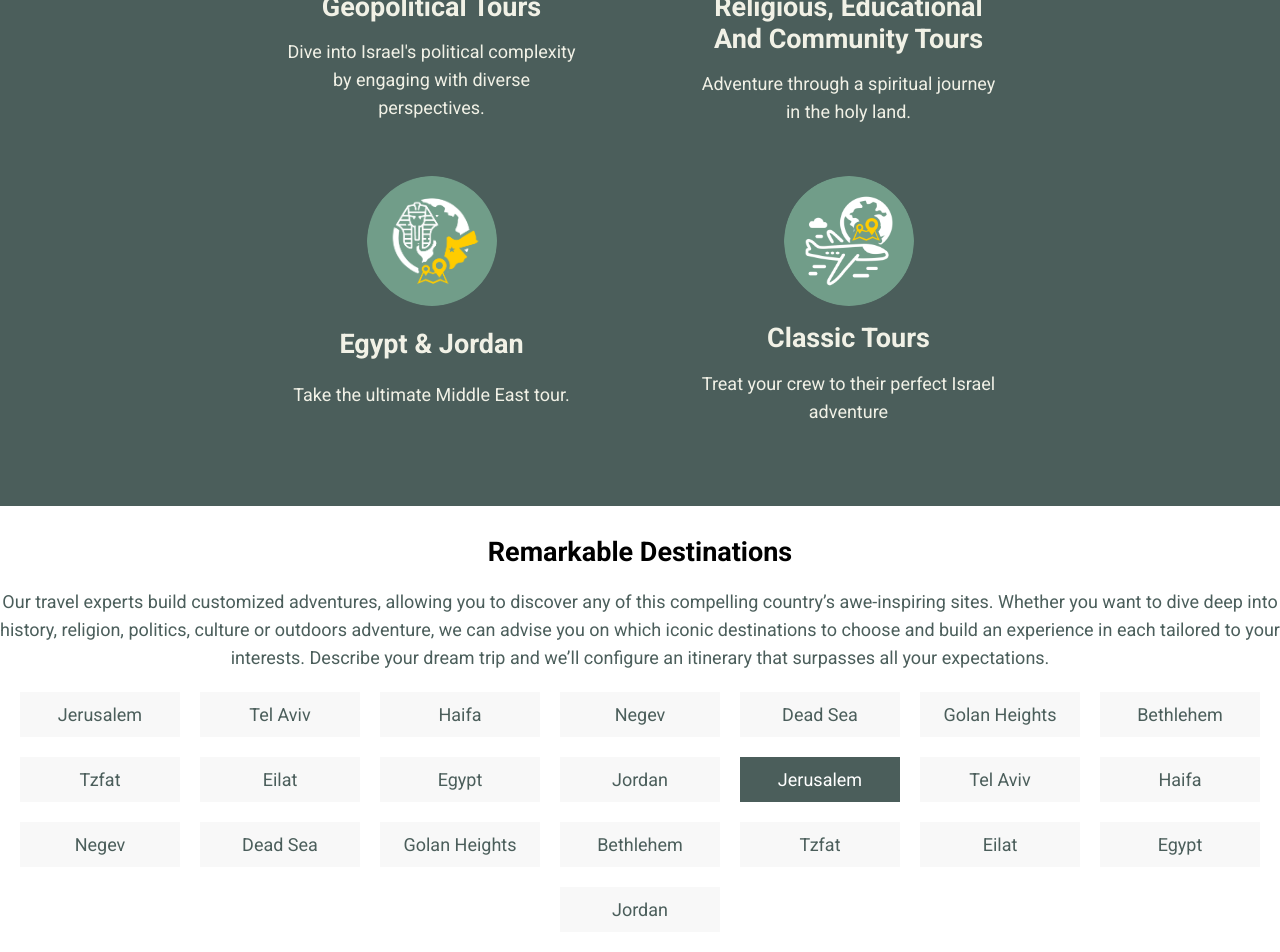
Repository: Pafestivo/realIsraelTours
Page: / (app in frontend/)
An editor plug-in stored every save of this project. The page is shown before and after the next save, followed by the edit.
The browser window is 1280 px wide. The pictures show the part of the page from y = 1388 to 2340 px (the page is 2340 px tall).
The project was rebuilt for these pictures with package versions that can differ from the ones it lists, and the page was loaded fresh each time. The framework's server and built-in components were replaced by stand-ins that run in the browser. Also part of the build but not shown: frontend/next.config.js. Imported but missing from the stored project, and not drawn on this page: frontend/src/assets/videoBG.mp4.

Above is the page before, as saved 2023-09-20 16:59:16.

After the next save:
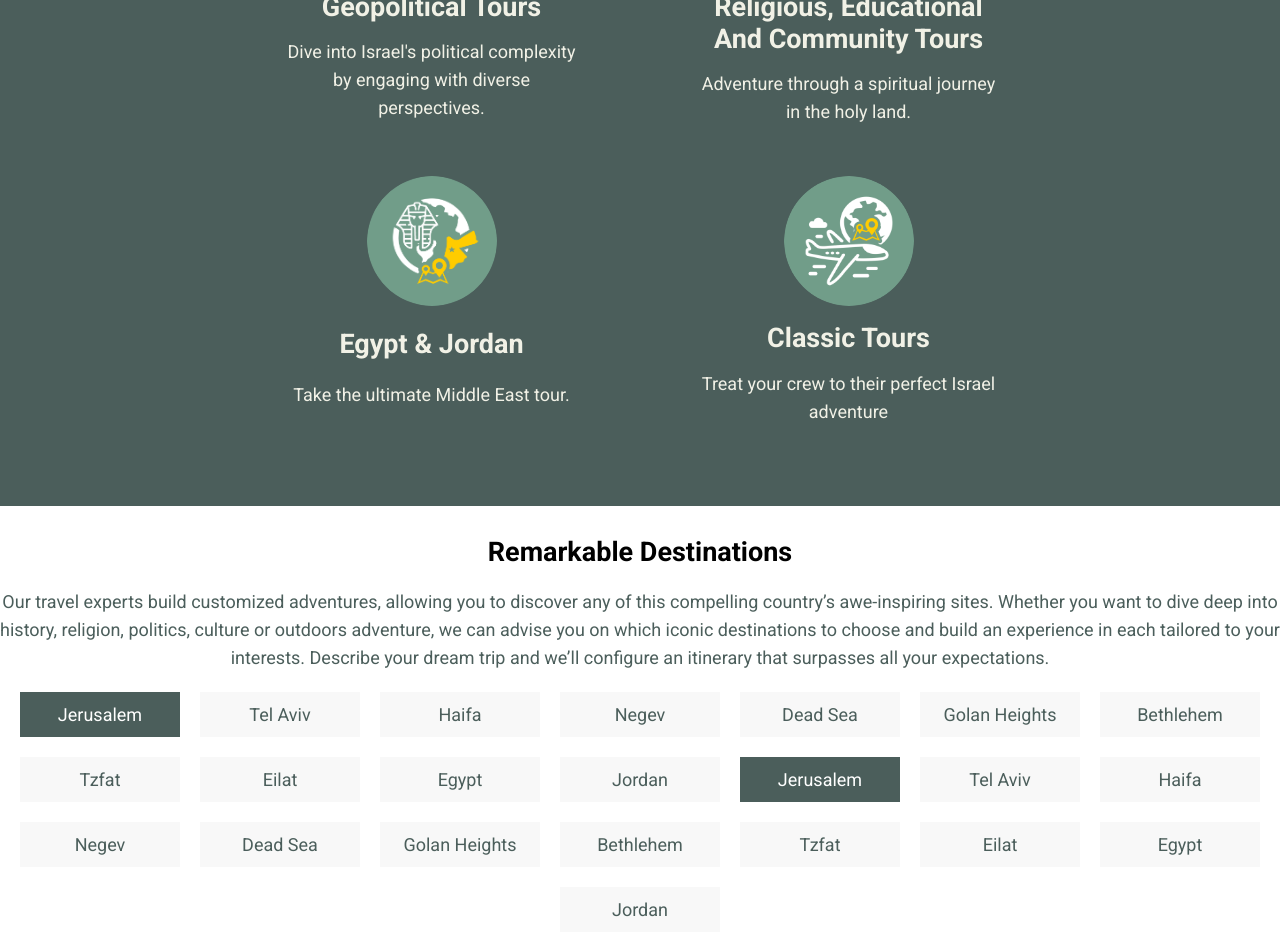
Saved 94 s later.
--- a/frontend/src/components/Destinations.tsx
+++ b/frontend/src/components/Destinations.tsx
@@ -34,7 +34,14 @@ const Destinations = () => {
       </p>
       <div className="destinations-options">
         {destinationsArray.map((destination: string) => {
-          return <div>{destination}</div>;
+          return (
+            <div
+              className={activeTab === destination ? "activeTab" : ""}
+              onClick={() => setActiveTab(destination)}
+            >
+              {destination}
+            </div>
+          );
         })}
         <div
           className={activeTab === "Jerusalem" ? "activeTab" : ""}
